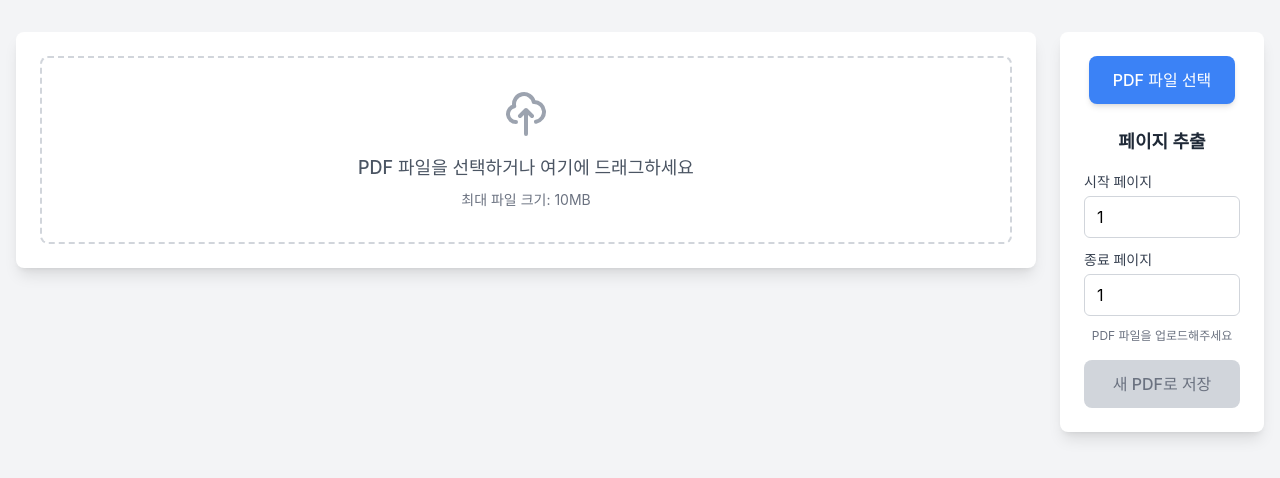
Repository: orcaCrew/PDF-Handler
Page: /
An editor plug-in stored every save of this project. The page is shown before and after the next save, followed by the edit.
The browser window is 1280 px wide. The pictures show the whole page.
The project was rebuilt for these pictures with package versions that can differ from the ones it lists, and the page was loaded fresh each time.

Above is the page before, as saved 2025-07-21 13:38:54.

### public/index.html
<!DOCTYPE html>
<html lang="ko">
  <head>
    <meta charset="utf-8" />
    <link rel="icon" href="%PUBLIC_URL%/favicon.ico" />
    <meta name="viewport" content="width=device-width, initial-scale=1" />
    <meta name="theme-color" content="#000000" />
    <meta
      name="description"
      content="PDF 파일 미리보기 애플리케이션"
    />
    <title>PDF 미리보기</title>
  </head>
  <body>
    <noscript>이 앱을 실행하려면 JavaScript를 활성화해야 합니다.</noscript>
    <div id="root"></div>
  </body>
</html>

### src/App.js
import React, { useState, useRef, useEffect } from 'react';
import { Document, Page, pdfjs } from 'react-pdf';
import { PDFDocument } from 'pdf-lib';
import 'react-pdf/dist/esm/Page/AnnotationLayer.css';
import 'react-pdf/dist/esm/Page/TextLayer.css';

pdfjs.GlobalWorkerOptions.workerSrc = `//cdnjs.cloudflare.com/ajax/libs/pdf.js/${pdfjs.version}/pdf.worker.min.js`;

function App() {
  const [file, setFile] = useState(null);
  const [numPages, setNumPages] = useState(null);
  const [pageNumber, setPageNumber] = useState(1);
  const [loading, setLoading] = useState(false);
  const [isDragOver, setIsDragOver] = useState(false);
  const [loadedPages, setLoadedPages] = useState(new Set());
  const [displayedPages, setDisplayedPages] = useState(3); // lazy 로드 시작 수
  const [startPage, setStartPage] = useState(1);
  const [endPage, setEndPage] = useState(1);
  const [extracting, setExtracting] = useState(false);
  const fileInputRef = useRef(null);
  const loaderRef = useRef(null); // 스크롤 lazy 트리거용

  // Intersection Observer로 lazy loading 구현
  useEffect(() => {
    if (!loaderRef.current) return;
    const observer = new IntersectionObserver(
      ([entry]) => {
        if (entry.isIntersecting && numPages && displayedPages < numPages) {
          setDisplayedPages(prev => Math.min(prev + 3, numPages));
        }
      },
      { threshold: 1 }
    );
    observer.observe(loaderRef.current);
    return () => observer.disconnect();
  }, [displayedPages, numPages]);

  // 페이지 수가 변경될 때 endPage 업데이트
  useEffect(() => {
    if (numPages) {
      setEndPage(numPages);
    }
  }, [numPages]);

  const onFileChange = (event) => {
    const { files } = event.target;
    if (files && files[0]) {
      setFile(files[0]);
      setPageNumber(1);
      setLoadedPages(new Set());
      setDisplayedPages(3);
      setStartPage(1);
    }
    event.target.value = '';
  };

  const handleDragOver = (e) => {
    e.preventDefault();
    setIsDragOver(true);
  };

  const handleDragLeave = (e) => {
    e.preventDefault();
    setIsDragOver(false);
  };

  const handleDrop = (e) => {
    e.preventDefault();
    setIsDragOver(false);

    const droppedFiles = e.dataTransfer.files;
    if (droppedFiles && droppedFiles[0]) {
      const droppedFile = droppedFiles[0];
      if (droppedFile.type === 'application/pdf') {
        setFile(droppedFile);
        setPageNumber(1);
        setLoadedPages(new Set());
        setDisplayedPages(3);
        setStartPage(1);
      } else {
        alert('PDF 파일만 업로드 가능합니다.');
      }
    }
  };

  const onDocumentLoadSuccess = ({ numPages }) => {
    setNumPages(numPages);
    setLoading(false);
  };

  const onDocumentLoadError = (error) => {
    console.error('PDF 로드 오류:', error);
    setLoading(false);
  };

  const onPageLoadSuccess = (pageNumber) => {
    setLoadedPages(prev => {
      const newSet = new Set([...prev, pageNumber]);
      return newSet;
    });
  };

  const extractPages = async () => {
    if (!file || !numPages) {
      alert('PDF 파일을 먼저 업로드해주세요.');
      return;
    }

    if (startPage < 1 || endPage > numPages || startPage > endPage) {
      alert('올바른 페이지 범위를 입력해주세요.');
      return;
    }

    setExtracting(true);

    try {
      // PDF 파일을 ArrayBuffer로 읽기
      const arrayBuffer = await file.arrayBuffer();

      // PDF 문서 로드
      const pdfDoc = await PDFDocument.load(arrayBuffer);

      // 새 PDF 문서 생성
      const newPdfDoc = await PDFDocument.create();

      // 선택된 페이지들을 새 문서에 복사
      for (let i = startPage - 1; i < endPage; i++) {
        const [copiedPage] = await newPdfDoc.copyPages(pdfDoc, [i]);
        newPdfDoc.addPage(copiedPage);
      }

      // 새 PDF를 바이트 배열로 변환
      const pdfBytes = await newPdfDoc.save();

      // 파일 다운로드
      const blob = new Blob([pdfBytes], { type: 'application/pdf' });
      const url = URL.createObjectURL(blob);
      const link = document.createElement('a');
      link.href = url;
      link.download = `${file.name.replace('.pdf', '')}_pages_${startPage}-${endPage}.pdf`;
      document.body.appendChild(link);
      link.click();
      document.body.removeChild(link);
      URL.revokeObjectURL(url);

      alert(`${startPage}페이지부터 ${endPage}페이지까지 추출이 완료되었습니다.`);
    } catch (error) {
      console.error('PDF 추출 오류:', error);
      alert('PDF 추출 중 오류가 발생했습니다.');
    } finally {
      setExtracting(false);
    }
  };

  return (
    <div className="min-h-screen bg-gray-100 py-8">
      <div className="max-w-7xl mx-auto px-4 space-y-6">
        <div className="flex flex-col lg:flex-row gap-6">
          {/* 페이지 리스트와 미리보기 영역 */}
          <div className="lg:w-5/6">
            <div className="bg-white rounded-lg shadow-lg p-6">
              {file ? (
                <div className="space-y-6">
                  <div className="flex items-center justify-between">
                    <h2 className="text-xl font-semibold text-gray-800">
                      {file.name}
                    </h2>
                    <div className="text-gray-600">
                      총 {numPages || '...'} 페이지
                    </div>
                  </div>

                  <div className="grid grid-cols-1 lg:grid-cols-3 gap-6">
                    {/* 페이지 리스트 영역 */}
                    <div className="lg:col-span-1">
                      <h3 className="text-lg font-semibold text-gray-800 mb-4">페이지 목록</h3>
                      <div className="max-h-[50rem] overflow-y-auto space-y-4">
                        {loading && (
                          <div className="flex items-center justify-center p-8">
                            <div className="animate-spin rounded-full h-8 w-8 border-b-2 border-blue-500"></div>
                            <span className="ml-2 text-gray-600">PDF 로딩 중...</span>
                          </div>
                        )}
                        <Document
                        file={file}
                        onLoadSuccess={onDocumentLoadSuccess}
                        onLoadError={onDocumentLoadError}
                        onLoadStart={() => setLoading(true)}
                        loading={
                          <div className="flex items-center justify-center p-8">
                            <div className="animate-spin rounded-full h-8 w-8 border-b-2 border-blue-500"></div>
                            <span className="ml-2 text-gray-600">PDF 로딩 중...</span>
                          </div>
                        }
                        >
                        {numPages &&
                          Array.from(
                            new Array(Math.min(displayedPages, numPages)),
                            (el, index) => (
                              <div
                                key={`page_${index + 1}`}
                                className={`border-2 rounded-lg p-4 bg-white hover:shadow-md transition-shadow cursor-pointer ${
                                  pageNumber === index + 1
                                    ? 'border-blue-500 bg-blue-50'
                                    : 'border-gray-200'
                                }`}
                                onClick={() => setPageNumber(index + 1)}
                              >
                                <div className="flex items-center space-x-4">
                                  <div className="flex-shrink-0">
                                    <Page
                                      pageNumber={index + 1}
                                      width={120}
                                      renderTextLayer={false}
                                      renderAnnotationLayer={false}
                                      onLoadSuccess={() => onPageLoadSuccess(index + 1)}
                                      loading={
                                        <div className="w-30 h-40 bg-gray-200 rounded flex items-center justify-center">
                                          <div className="animate-spin rounded-full h-6 w-6 border-b-2 border-blue-500"></div>
                                        </div>
                                      }
                                    />
                                  </div>
                                  <div className="flex-1">
                                    <h3 className="text-lg font-semibold text-gray-800">
                                      {index + 1} 페이지
                                    </h3>
                                  </div>
                                </div>
                              </div>
                            )
                          )}
                        </Document>
                      </div>
                      {/* lazy-load 트리거 */}
                      <div ref={loaderRef} className="h-12" />
                    </div>

                    {/* 선택된 페이지 미리보기 영역 */}
                    <div className="lg:col-span-2">
                      <h3 className="text-lg font-semibold text-gray-800">선택된 페이지</h3>
                      {pageNumber ? (
                        <div className="flex justify-center items-center mt-2">
                          <div className="flex border border-gray-300 rounded-lg shadow-lg bg-white w-full p-4 justify-center">
                              <Document
                                file={file}
                                onLoadSuccess={onDocumentLoadSuccess}
                                onLoadError={onDocumentLoadError}
                                onLoadStart={() => setLoading(true)}
                                loading={
                                  <div className="flex items-center justify-center p-8">
                                    <div className="animate-spin rounded-full h-8 w-8 border-b-2 border-blue-500"></div>
                                    <span className="ml-2 text-gray-600">PDF 로딩 중...</span>
                                  </div>
                                }
                              >
                                <Page
                                  pageNumber={pageNumber}
                                  width={Math.min(window.innerWidth * 0.35 - 100, 540)}
                                  renderTextLayer={false}
                                  renderAnnotationLayer={false}
                                  className="w-full h-auto max-w-full"
                                  style={{ maxWidth: '100%', height: 'auto' }}
                                />
                              </Document>
                          </div>
                        </div>
                      ) : (
                        <div className="text-center text-gray-500 py-8">
                          <p>페이지를 선택하면 여기서 미리보기를 확인할 수 있습니다.</p>
                        </div>
                      )}
                    </div>
                  </div>
                </div>
              ) : (
                <div
                  className={`border-2 border-dashed rounded-lg p-8 text-center transition-colors h-full flex items-center justify-center ${
                    isDragOver
                      ? 'border-blue-500 bg-blue-50'
                      : 'border-gray-300 hover:border-blue-400'
                  }`}
                  onDragOver={handleDragOver}
                  onDragLeave={handleDragLeave}
                  onDrop={handleDrop}
                >
                  <label
                    htmlFor="file-upload"
                    className="cursor-pointer flex flex-col items-center"
                  >
                    <svg
                      className="w-12 h-12 text-gray-400 mb-4"
                      fill="none"
                      stroke="currentColor"
                      viewBox="0 0 24 24"
                    >
                      <path
                        strokeLinecap="round"
                        strokeLinejoin="round"
                        strokeWidth={2}
                        d="M7 16a4 4 0 01-.88-7.903A5 5 0 1115.9 6L16 6a5 5 0 011 9.9M15 13l-3-3m0 0l-3 3m3-3v12"
                      />
                    </svg>
                    <span className="text-lg font-medium text-gray-600">
                      PDF 파일을 선택하거나 여기에 드래그하세요
                    </span>
                    <span className="text-sm text-gray-500 mt-2">
                      최대 파일 크기: 10MB
                    </span>
                  </label>
                </div>
              )}
            </div>
          </div>

          {/* 선택 버튼 영역 */}
          <div className="lg:w-1/6">
            <div className="bg-white rounded-lg shadow-lg p-6 space-y-6">
              <div className="flex justify-center">
                <button
                  onClick={() => {
                    fileInputRef.current?.click();
                  }}
                  className="px-6 py-3 bg-blue-500 text-white rounded-lg hover:bg-blue-600 transition-colors font-medium shadow-md"
                >
                  {file ? 'PDF 파일 변경' : 'PDF 파일 선택'}
                </button>
              </div>
              <input
                ref={fileInputRef}
                type="file"
                accept=".pdf"
                onChange={onFileChange}
                className="hidden"
                id="file-upload"
              />

              {/* 페이지 추출 영역 */}
              <div className="space-y-4">
                <h3 className="text-lg font-semibold text-gray-800 text-center">
                  페이지 추출
                </h3>

                <div className="space-y-3">
                  <div>
                    <label className="block text-sm font-medium text-gray-700 mb-1">
                      시작 페이지
                    </label>
                    <input
                      type="number"
                      min="1"
                      max={numPages || 1}
                      value={startPage}
                      onChange={(e) => setStartPage(parseInt(e.target.value) || 1)}
                      className="w-full px-3 py-2 border border-gray-300 rounded-md focus:outline-none focus:ring-2 focus:ring-blue-500 focus:border-transparent"
                    />
                  </div>

                  <div>
                    <label className="block text-sm font-medium text-gray-700 mb-1">
                      종료 페이지
                    </label>
                    <input
                      type="number"
                      min="1"
                      max={numPages || 1}
                      value={endPage}
                      onChange={(e) => setEndPage(parseInt(e.target.value) || 1)}
                      className="w-full px-3 py-2 border border-gray-300 rounded-md focus:outline-none focus:ring-2 focus:ring-blue-500 focus:border-transparent"
                    />
                  </div>

                  <div className="text-xs text-gray-500 text-center">
                    {numPages ? `총 ${numPages}페이지 중 선택` : 'PDF 파일을 업로드해주세요'}
                  </div>
                </div>

                <button
                  onClick={extractPages}
                  disabled={extracting || !file || !numPages || startPage > endPage || startPage < 1 || endPage > (numPages || 1)}
                  className={`w-full px-4 py-3 rounded-lg font-medium transition-colors ${
                    extracting || !file || !numPages || startPage > endPage || startPage < 1 || endPage > (numPages || 1)
                      ? 'bg-gray-300 text-gray-500 cursor-not-allowed'
                      : 'bg-green-500 text-white hover:bg-green-600 shadow-md'
                  }`}
                >
                  {extracting ? (
                    <div className="flex items-center justify-center">
                      <div className="animate-spin rounded-full h-4 w-4 border-b-2 border-white mr-2"></div>
                      추출 중...
                    </div>
                  ) : (
                    '새 PDF로 저장'
                  )}
                </button>
              </div>
            </div>
          </div>
        </div>
      </div>
    </div>
  );
}

export default App;

Loaded but not shown: src/index.js (common file); src/index.css (common file); tailwind.config.js (common file)

After the next save:
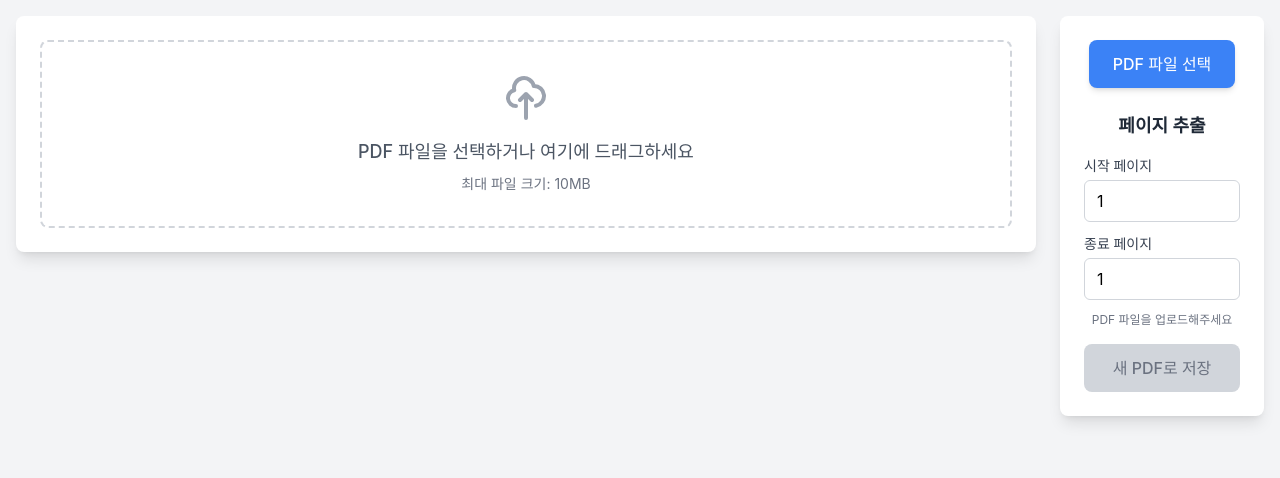
Saved 32 s later.
--- a/src/App.js
+++ b/src/App.js
@@ -153,7 +153,7 @@ function App() {
   };
 
   return (
-    <div className="min-h-screen bg-gray-100 py-8">
+    <div className="min-h-screen bg-gray-100 py-4">
       <div className="max-w-7xl mx-auto px-4 space-y-6">
         <div className="flex flex-col lg:flex-row gap-6">
           {/* 페이지 리스트와 미리보기 영역 */}
